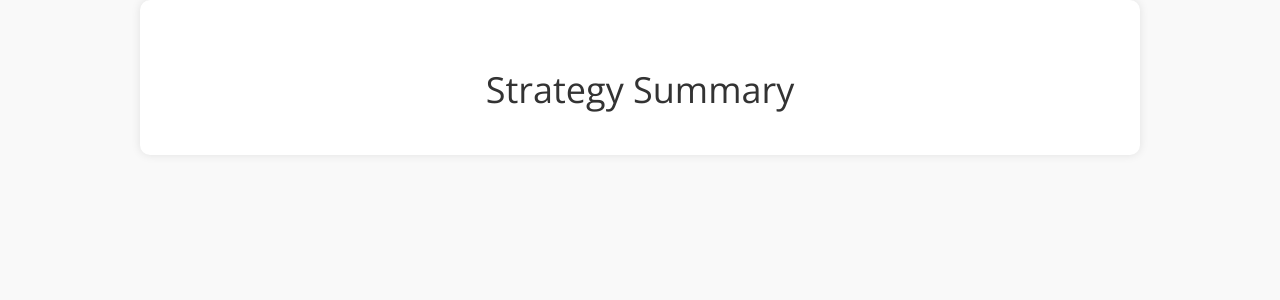
Repository: shiv-aye/stockEye
Page: src/index.html
An editor plug-in stored every save of this project. The page is shown before and after the next save, followed by the edit.
The browser window is 1280 px wide. The pictures show the whole page.
The page's requests for data from a server got no answer.

Above is the page before, as saved 2024-02-14 12:11:42.

### src/index.html
<!DOCTYPE html>
<html lang="en">

<head>
    <meta charset="UTF-8">
    <meta name="viewport" content="width=device-width, initial-scale=1.0">
    <title>Strategy Summary</title>
    <!-- Include Bootstrap 5 CSS -->
    <link rel="stylesheet" href="./../node_modules/bootstrap/dist/css/bootstrap.min.css">
    <!-- Include DataTables CSS -->
    <link rel="stylesheet" type="text/css"
        href="./../node_modules/datatables.net-bs5/css/dataTables.bootstrap5.min.css">
    <!-- Include custom CSS -->
    <link rel="stylesheet" href="./styles.css">
    <!-- Google Fonts - Open Sans for body text and Montserrat for headings -->
    <link href="https://fonts.googleapis.com/css2?family=Open+Sans:wght@400;600&family=Montserrat:wght@700&display=swap"
        rel="stylesheet">
</head>

<body>
    <div class="container">
        <h1 class="text-center mt-5">Strategy Summary</h1>

        <!-- Container for tables -->
        <div id="tables-container" class="mt-4"></div>
    </div>

    <!-- Include jQuery -->
    <script src="../node_modules/jquery/dist/jquery.min.js"></script>

    <!-- Include Bootstrap 5 JavaScript -->
    <script src="../node_modules/bootstrap/dist/js/bootstrap.bundle.min.js"></script>

    <!-- Include DataTables JavaScript -->
    <script type="text/javascript" src="../node_modules/datatables.net/js/jquery.dataTables.min.js"></script>
    <script type="text/javascript" src="../node_modules/datatables.net-bs5/js/dataTables.bootstrap5.min.js"></script>

    <script>
        document.addEventListener('DOMContentLoaded', async () => {
            try {
                const response = await fetch('/strategy-summary'); // Send request to fetch strategy summary
                const data = await response.json(); // Parse response JSON
                if (response.ok) {
                    // Display tables for each stock
                    const tablesContainer = document.getElementById('tables-container');
                    data.forEach(stockData => {
                        const table = createDataTable(stockData.symbol, stockData.data);
                        tablesContainer.appendChild(table);
                    });
                } else {
                    console.error('Error fetching strategy summary:', data.error);
                }
            } catch (error) {
                console.error('Error fetching strategy summary:', error);
            }
        });

        // Function to create DataTable for a stock
        function createDataTable(symbol, stockData) {
            // Modify the symbol to make it suitable for use in an HTML ID
            const tableId = symbol.replace(/\W/g, '_') + '-table';

            // Create table element
            const table = document.createElement('table');
            table.id = tableId;
            table.classList.add('display');

            // Create table header
            const thead = document.createElement('thead');
            const headerRow = document.createElement('tr');
            ['Date', 'Closing Price', '% Change (Day)', '% Change (Week)'].forEach(column => {
                const th = document.createElement('th');
                th.textContent = column;
                headerRow.appendChild(th);
            });
            thead.appendChild(headerRow);
            table.appendChild(thead);

            // Create table body
            const tbody = document.createElement('tbody');
            stockData.forEach(data => {
                const row = document.createElement('tr');
                ['date', 'closingPrice', 'percentChangeDay', 'percentChangeWeek'].forEach(property => {
                    const cell = document.createElement('td');
                    cell.textContent = data[property];
                    row.appendChild(cell);
                });
                tbody.appendChild(row);
            });
            table.appendChild(tbody);

            // Initialize DataTable
            $(document).ready(function () {
                $('#' + tableId).DataTable();
            });

            return table;
        }
    </script>
</body>

</html>

### src/styles.css
/* Body styling */
body {
    font-family: 'Open Sans', sans-serif;
    background-color: #f9f9f9;
    margin: 0;
    padding: 0;
}

/* Heading styling */
h1 {
    text-align: center;
    color: #333;
    margin-top: 30px;
    font-size: 36px;
}

/* Table styling */
table {
    width: 100%;
    border-collapse: collapse;
    margin-top: 20px;
}

th, td {
    padding: 12px;
    text-align: left;
    border-bottom: 1px solid #ddd;
    font-size: 16px;
}

th {
    background-color: #f2f2f2;
    color: #333;
}

tr:hover {
    background-color: #f5f5f5;
}

/* Additional styles */
.container {
    max-width: 1000px;
    margin: 0 auto;
    padding: 20px;
    background-color: #fff;
    box-shadow: 0 0 10px rgba(0, 0, 0, 0.1);
    border-radius: 10px;
}

/* Button styling */
button {
    background-color: #007bff;
    color: #fff;
    border: none;
    padding: 10px 20px;
    border-radius: 5px;
    cursor: pointer;
    transition: background-color 0.3s ease;
    font-size: 16px;
}

button:hover {
    background-color: #0056b3;
}

/* Pagination styling */
.dataTables_paginate {
    margin-top: 20px;
    text-align: center;
    font-size: 14px;
}

.dataTables_paginate .paginate_button {
    padding: 6px 12px;
    border-radius: 5px;
    margin: 0 5px;
    background-color: #007bff;
    color: #fff;
    border: none;
    cursor: pointer;
    transition: background-color 0.3s ease;
}

.dataTables_paginate .paginate_button:hover {
    background-color: #0056b3;
}

Loaded but not shown: node_modules/bootstrap/dist/css/bootstrap.min.css (library); node_modules/datatables.net-bs5/css/dataTables.bootstrap5.min.css (library); node_modules/jquery/dist/jquery.min.js (library); node_modules/bootstrap/dist/js/bootstrap.bundle.min.js (library); node_modules/datatables.net/js/jquery.dataTables.min.js (library); node_modules/datatables.net-bs5/js/dataTables.bootstrap5.min.js (common file)

After the next save:
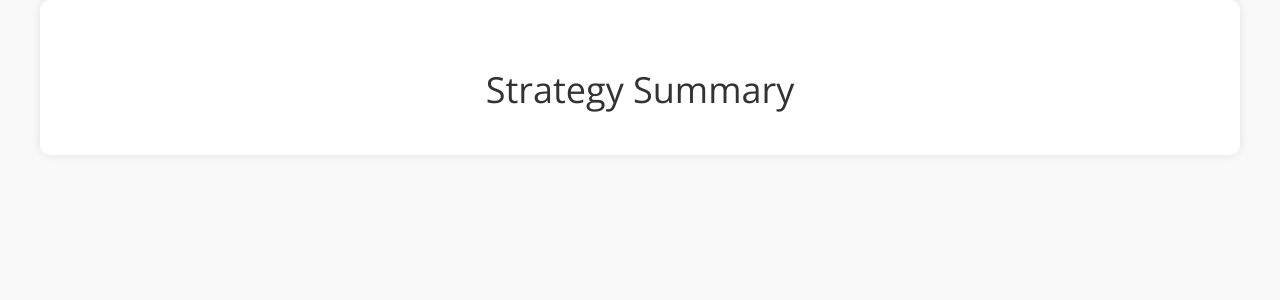
Saved 10 s later.
--- a/src/styles.css
+++ b/src/styles.css
@@ -39,7 +39,7 @@ tr:hover {
 
 /* Additional styles */
 .container {
-    max-width: 1000px;
+    max-width: 1200px;
     margin: 0 auto;
     padding: 20px;
     background-color: #fff;
